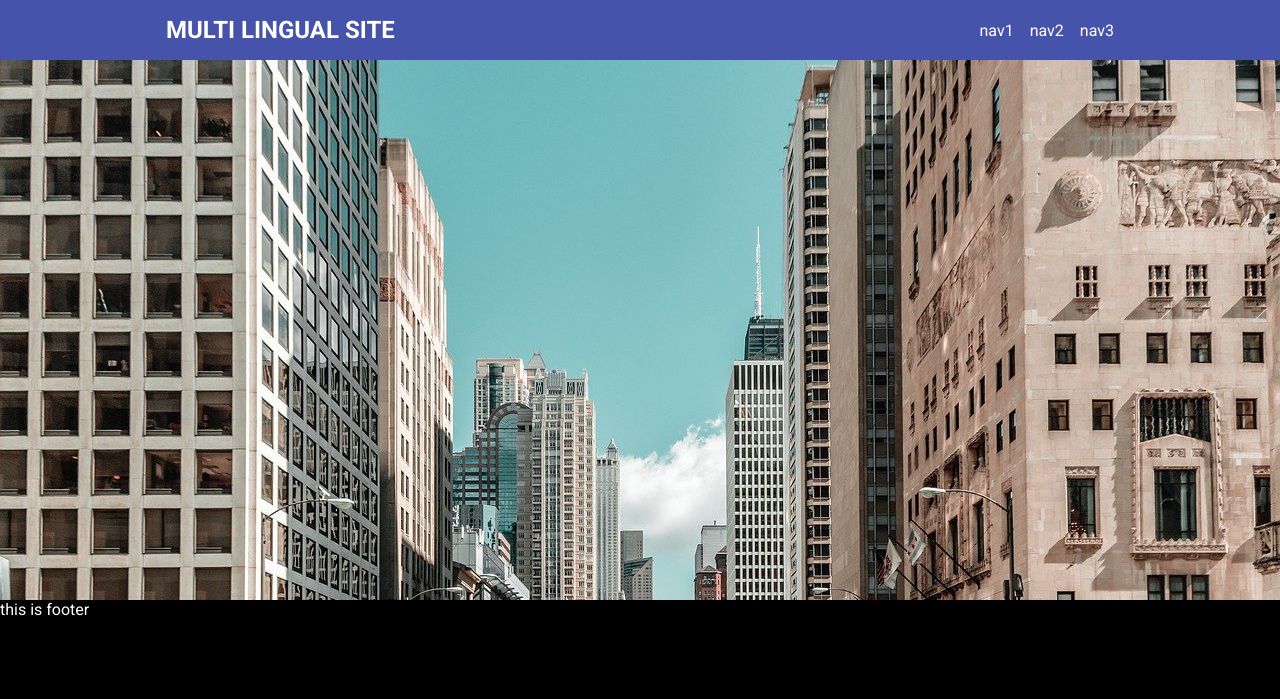
Repository: ksbsh27/multi_lingual
Page: index.html
These files come from the project's save history. The page is drawn as it stood at one moment and after the next save; the edit follows.
The browser window is 1280 px wide. The pictures show the whole page.
The style sheet was rebuilt from its Sass, Less or Tailwind sources for each picture, by a compiler version that may differ from the author's.

Above is the page before, as saved 2022-03-31 22:49:07.

After the next save:
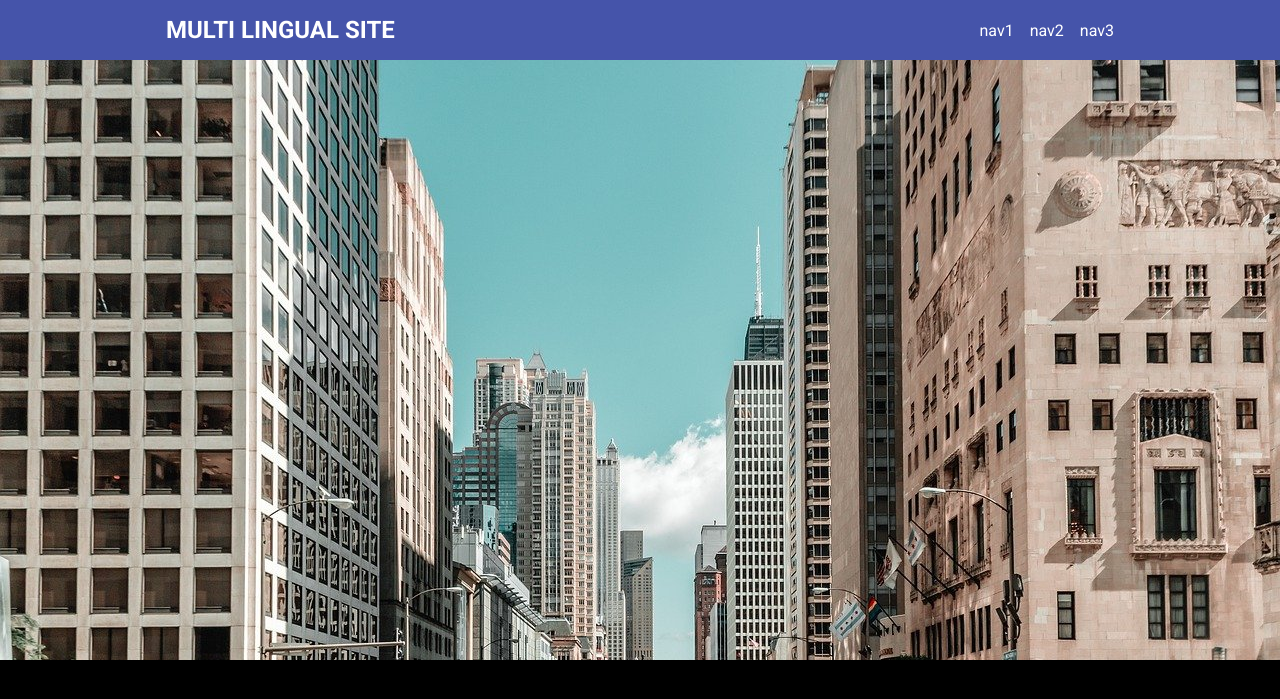
Saved 51 s later.
--- a/sass/style.scss
+++ b/sass/style.scss
@@ -20,7 +20,7 @@
   height: calc(100vh - #{$header-height} - #{$footer_height});
   .mv_images{
     width: 100%;
-    height: 100%;
+    height: 600px;
     overflow: hidden;
     position: relative;
     img{
